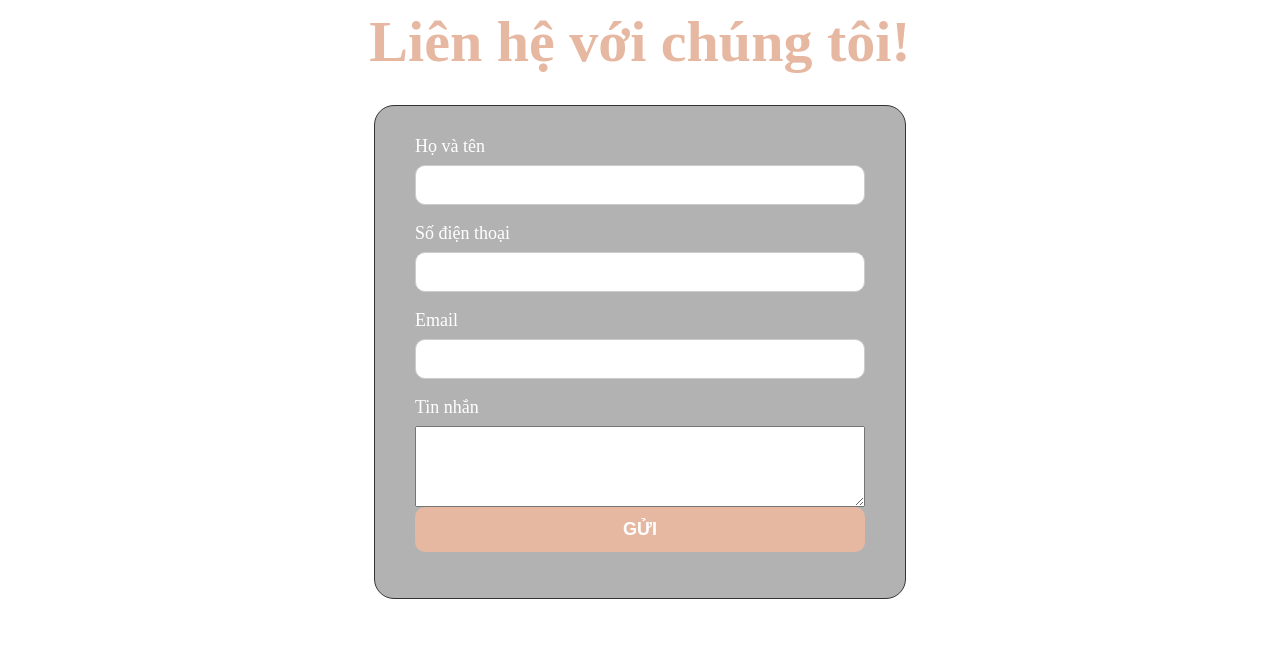
Repository: mingbeo100-boop/website_bancheonline
Page: http://localhost/pages/lienhe.php
These files come from the project's save history. The page is drawn as it stood at one moment and after the next save; the edit follows.
The browser window is 1280 px wide. The pictures show the whole page.
The page is run by PHP 8.4 with error messages shown; the project is at /var/www/html/.

Above is the page before, as saved 2025-11-27 08:16:54.

### pages/lienhe.php
<style>
    h1 {
        font-family: 'Dancing Script', cursive;
        color: #E6B8A2;
        font-size: 58px;
        text-align: center;
        margin-bottom: 30px;
    }

    .decor-form {
        background: rgba(0, 0, 0, 0.3);
        padding: 30px 40px;
        border-radius: 20px;
        max-width: 450px;
        margin: auto;
        border: 1px solid #333;
        backdrop-filter: blur(3px);
    }

    label {
        color: white;
        font-size: 18px;
        margin-bottom: 8px;
        display: block;
    }

    input {
        width: 100%;
        padding: 10px 12px;
        margin-bottom: 18px;
        border-radius: 10px;
        border: 1px solid #ccc;
        font-size: 16px;
        outline: none;
    }

    input:focus {
        border-color: #E6B8A2;
        box-shadow: 0 0 5px #E6B8A2;
    }

    button {
        width: 100%;
        padding: 12px;
        background-color: #E6B8A2;
        color: white;
        border: none;
        font-size: 18px;
        font-weight: bold;
        border-radius: 10px;
        cursor: pointer;
        transition: 0.3s;
    }

    button:hover {
        background-color: #d9a48f;
    }

    textarea {
        width: 100%;
    }
</style>

<h1>Liên hệ với chúng tôi!</h1>

<div class="decor-form">
    <form>
        <label>Họ và tên</label>
        <input type="text" name="name" required>

        <label>Số điện thoại</label>
        <input type="tel" name="number" required>

        <label>Email</label>
        <input type="email" name="email" required>

        <label>Tin nhắn</label>
        <textarea name="message" rows="5"></textarea>

        <button type="submit">GỬI</button>
    </form>
</div>

After the next save:
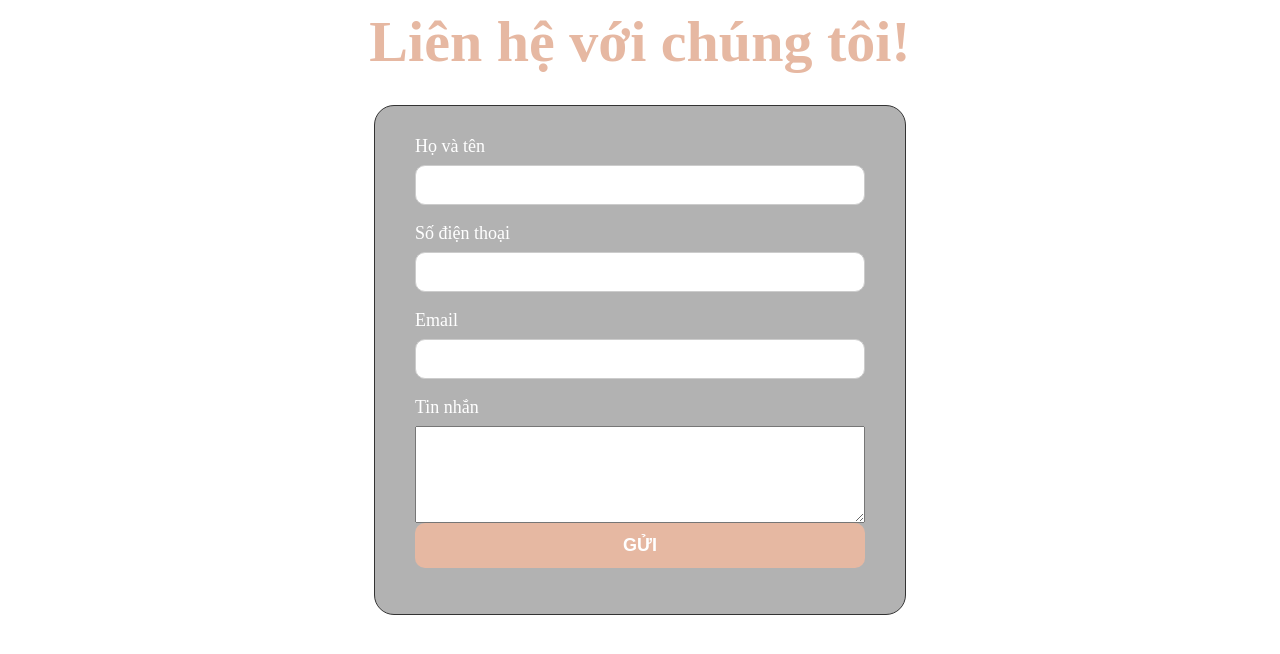
Saved 29 s later.
--- a/pages/lienhe.php
+++ b/pages/lienhe.php
@@ -58,6 +58,7 @@
 
     textarea {
         width: 100%;
+        padding: 10px 12px;
     }
 </style>
 
